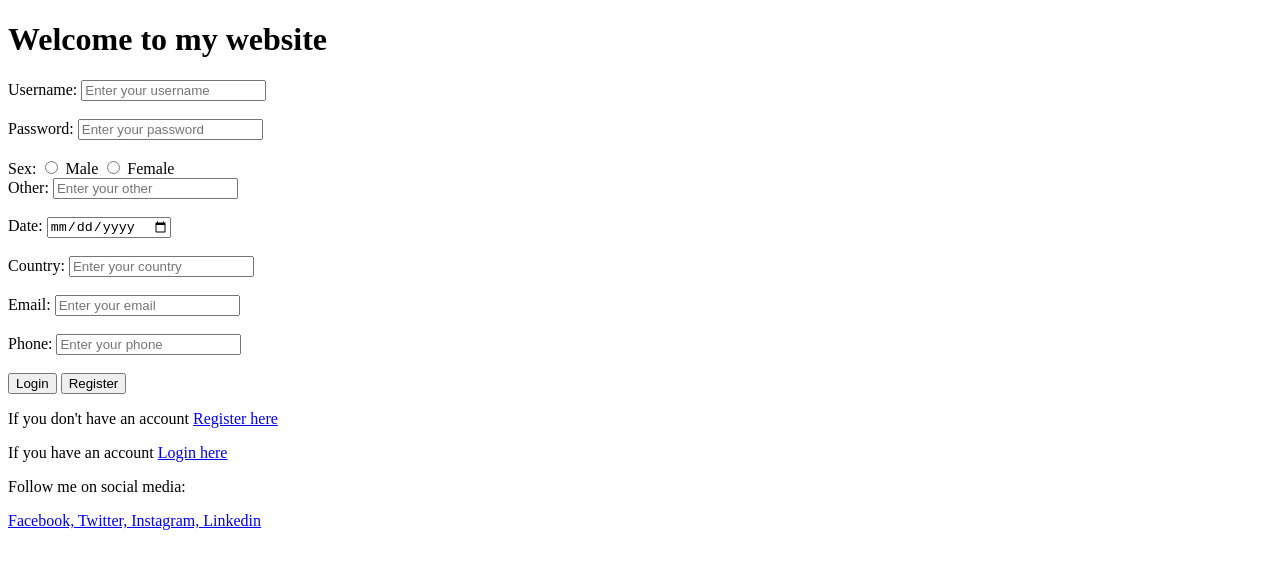
Repository: bao2222/hoc-lam-web
Page: welcome.html
The author's editor kept a copy of each file at every save. The page is drawn from the files as they stood at one save, then again after the next save.
The browser window is 1280 px wide. The pictures show the whole page.

Above is the page before, as saved 2024-12-24 20:06:23.

After the next save:
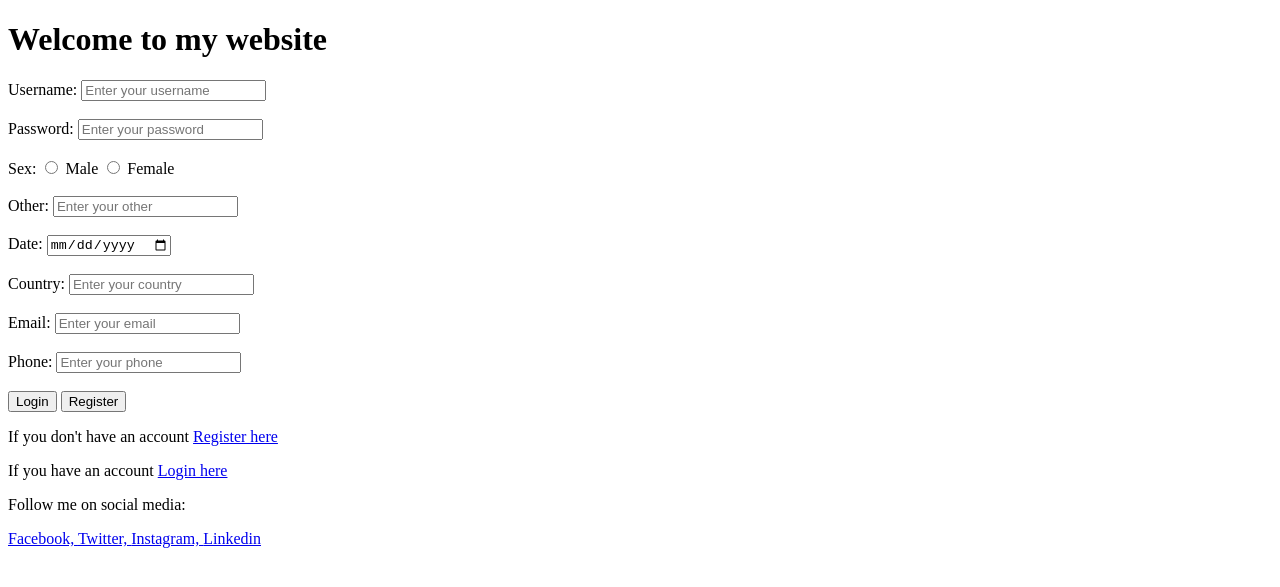
Saved 4 min 13 s later.
--- a/welcome.html
+++ b/welcome.html
@@ -26,7 +26,7 @@
                         <input type="radio" id="male" name="sex" value="male">
                         <label for="male">Male</label>
                         <input type="radio" id="female" name="sex" value="female">
-                        <label for="female">Female</label><br>
+                        <label for="female">Female</label><br><br>
                         <label for="other">Other:</label>
                         <input type="text" id="other" name="other" placeholder="Enter your other"><br><br>
                         <label for="date">Date:</label>
